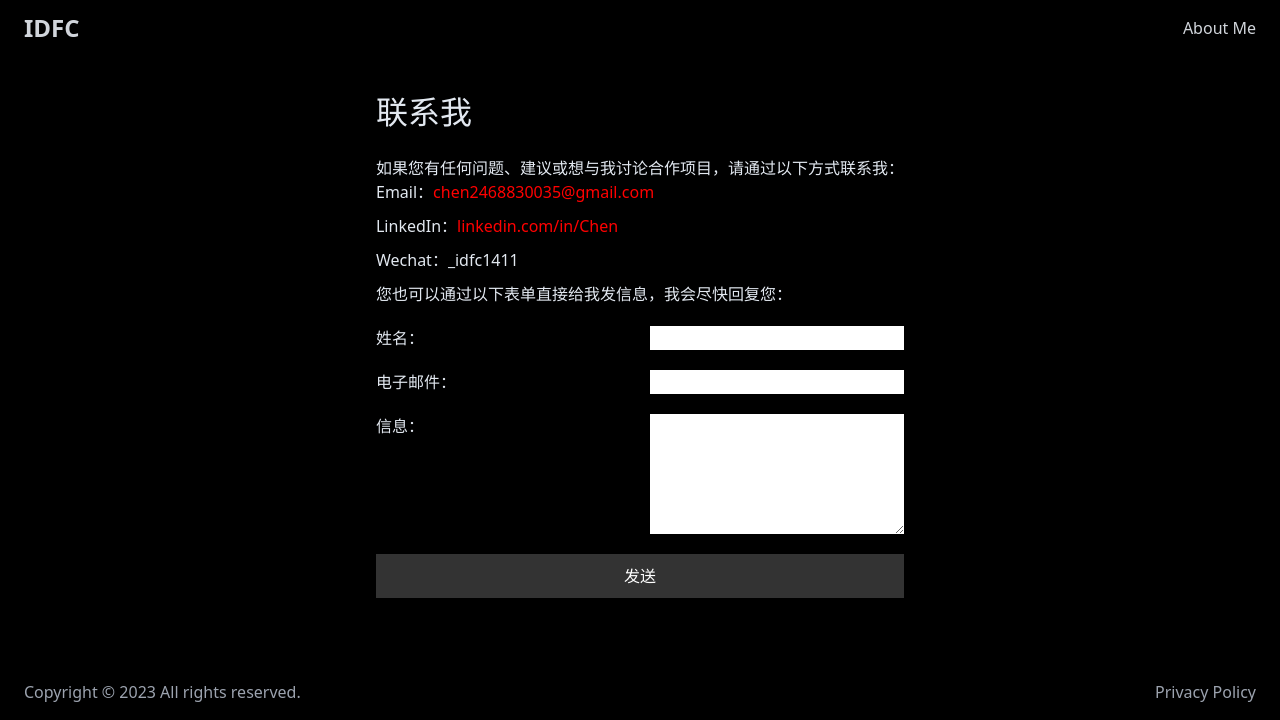
Repository: skybainiao/HackerStarter
Page: htmlFile/me.html
These files come from the project's save history. The page is drawn as it stood at one moment and after the next save; the edit follows.
The browser window is 1280 px wide. The pictures show the whole page.

Above is the page before, as saved 2023-04-09 15:03:12.

### htmlFile/me.html
<!DOCTYPE html>
<html lang="zh">
  <head>
    <meta charset="UTF-8">
    <meta name="viewport" content="width=device-width, initial-scale=1.0">
    <title>IDFC</title>
    <link href="https://cdn.jsdelivr.net/npm/tailwindcss@2.2.16/dist/tailwind.min.css" rel="stylesheet">
    <link href="../newCSS/home.css" rel="stylesheet">


  </head>
  <body class="flex flex-col min-h-screen">
    <div class="flex-grow">
        <!-- 导航栏 -->
        <header class="bg-black shadow-md">
          <nav class="container mx-auto px-6 py-3">
              <div class="flex items-center justify-between">
                  <div>
                      <a href="../index.html" class="text-gray-300 text-2xl font-semibold">IDFC</a>
                  </div>
                  <div id="navbarMenu" class="hidden md:flex items-center space-x-4">
                      <a href="me.html" class="text-gray-300 hover:text-white">About Me</a>
                  </div>
                  <button id="menuButton" class="md:hidden text-gray-300">
                      <svg xmlns="http://www.w3.org/2000/svg" class="h-6 w-6" fill="none" viewBox="0 0 24 24" stroke="currentColor">
                          <path strokeLinecap="round" strokeLinejoin="round" strokeWidth="2" d="M4 6h16M4 12h16M4 18h16" />
                      </svg>
                  </button>
              </div>
          </nav>
      </header>

         <!-- 主内容 -->
         <main class="container mx-auto px-6 py-8 flex flex-col items-center">
            <section class="contact-me">
                <h1>联系我</h1>
                <p>如果您有任何问题、建议或想与我讨论合作项目，请通过以下方式联系我：</p>
                <ul>
                    <li>Email：<a href="mailto:chen2468830035@gmail.com">chen2468830035@gmail.com</a></li>
                    <li>LinkedIn：<a href="https://www.linkedin.com/in/junjie-chen-a6b0a5231/" target="_blank">linkedin.com/in/Chen</a></li>
                    <li>Wechat：_idfc1411</li>
                </ul>
                <p>您也可以通过以下表单直接给我发信息，我会尽快回复您：</p>
                <form action="contact-form.php" method="post">
                    <label for="name">姓名：</label>
                    <input type="text" id="name" name="name" required>

                    <label for="email">电子邮件：</label>
                    <input type="email" id="email" name="email" required>

                    <label for="message">信息：</label>
                    <textarea id="message" name="message" rows="5" required></textarea>

                    <input type="submit" value="发送">
                </form>
            </section>
        </main>
    </div>

    <!-- 页脚 -->
    <footer class="bg-black shadow-md">
        <div class="container mx-auto px-6 py-4">
            <div class="flex justify-between items-center">
                <div>
                    <p class="text-gray-400">Copyright © 2023 All rights reserved.</p>
                </div>
                <div>
                    <a href="#" class="text-gray-400 hover:text-gray-300">Privacy Policy</a>
                </div>
            </div>
        </div>
    </footer>

  <style>
      /* 标题样式 */
h1 {
    font-size: 2rem;
    margin-bottom: 20px;
}

/* 联系我页面样式 */
.contact-me ul {
    list-style-type: none;
    padding: 0;
}

.contact-me ul li {
    margin-bottom: 10px;
}

.contact-me form {
    display: grid;
    grid-template-columns: repeat(2, 1fr);
    grid-gap: 20px;
    margin-top: 20px;
}

.contact-me form label,
.contact-me form input,
.contact-me form textarea {
    display: block;
    width: 100%;
}

.contact-me form input[type="submit"] {
    grid-column: span 2;
    background-color: #333;
    color: #fff;
    padding: 10px;
    border: none;
    cursor: pointer;
}

.contact-me form input[type="submit"]:hover {
    background-color: #444;
}
  </style>



</body>
</html>

### newCSS/home.css
#h1Text{

}

.image-container {
    position: relative;
    overflow: hidden;
}

.image-container img {
    width: 100%;
    height: auto;
}

.floating-text {
    position: absolute;
    bottom: 0;
    left: 0;
    width: 100%;
    padding: 2rem;
    text-align: center;
    background-color: rgba(0, 0, 0, 0.5);
    color: white;
    font-size: 1.5rem;
    font-weight: bold;
    text-transform: uppercase;
}


.artistic-text {
    font-family: 'Lobster', cursive;
    text-align: center;
    font-size: 35px;
    letter-spacing: 3px;
    text-shadow: 2px 2px 5px rgba(0, 0, 0, 0.5);
}

/* 暗色调 */
body {
  background-color: #000000;
  color: #e2e8f0;
}

.header,
.footer {
  background-color: #000000;
}

a, .header a, .footer a {
  color: #ff0000;
}

a:hover, .header a:hover, .footer a:hover {
  color: #ff0000;
}

After the next save:
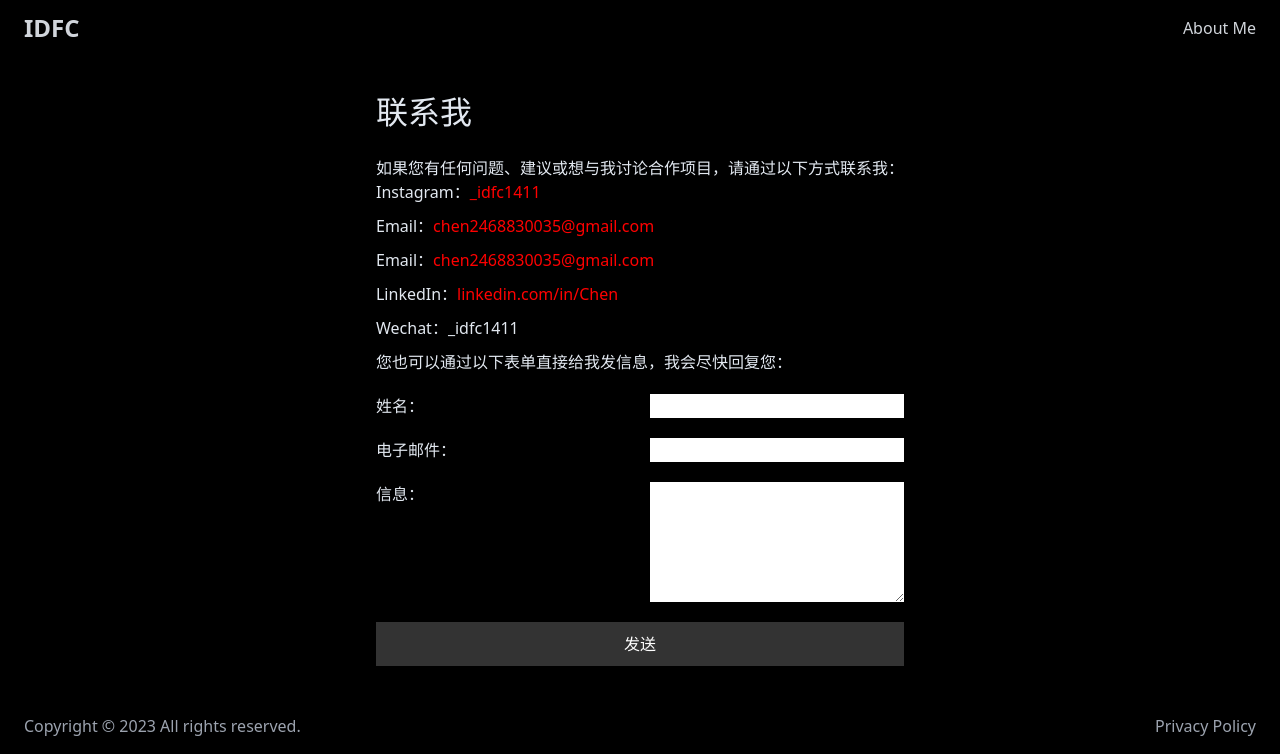
Saved 2 min 24 s later.
--- a/htmlFile/me.html
+++ b/htmlFile/me.html
@@ -36,6 +36,8 @@
                 <h1>联系我</h1>
                 <p>如果您有任何问题、建议或想与我讨论合作项目，请通过以下方式联系我：</p>
                 <ul>
+                    <li>Instagram：<a href="https://instagram.com/_idfc1411?igshid=YmMyMTA2M2Y=">_idfc1411</a></li>
+                    <li>Email：<a href="mailto:chen2468830035@gmail.com">chen2468830035@gmail.com</a></li>
                     <li>Email：<a href="mailto:chen2468830035@gmail.com">chen2468830035@gmail.com</a></li>
                     <li>LinkedIn：<a href="https://www.linkedin.com/in/junjie-chen-a6b0a5231/" target="_blank">linkedin.com/in/Chen</a></li>
                     <li>Wechat：_idfc1411</li>
